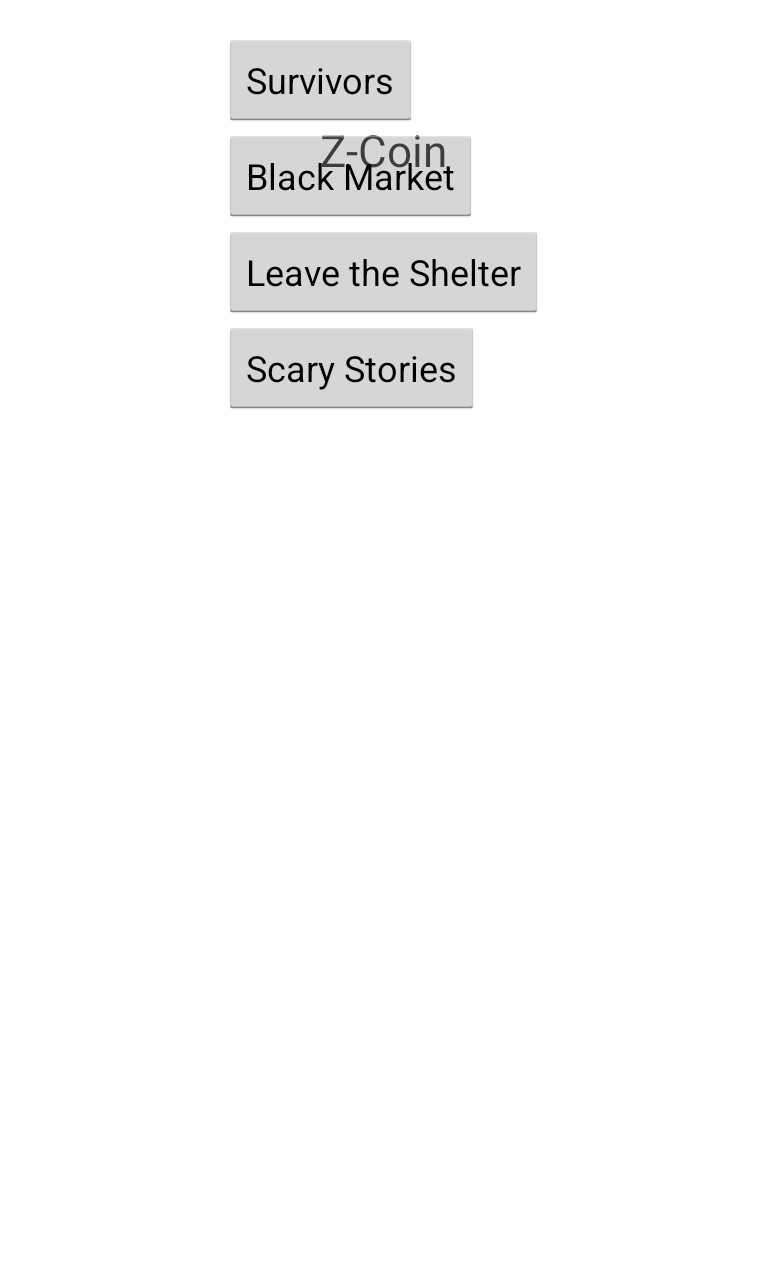
Repository: hekaiyue/Zombie-Coin
Layout: Android Workspace/ZCoins/res/layout/activity_main.xml
The author's editor kept a copy of each file at every save. The layout is drawn from the files as they stood at one save, then again after the next save.
It is drawn on a 768 x 1280 px phone screen (xhdpi) without system bars, with theme AppTheme; the app's code is not run.

Above is the layout before, as saved 2014-02-01 13:06:59.

After the next save:
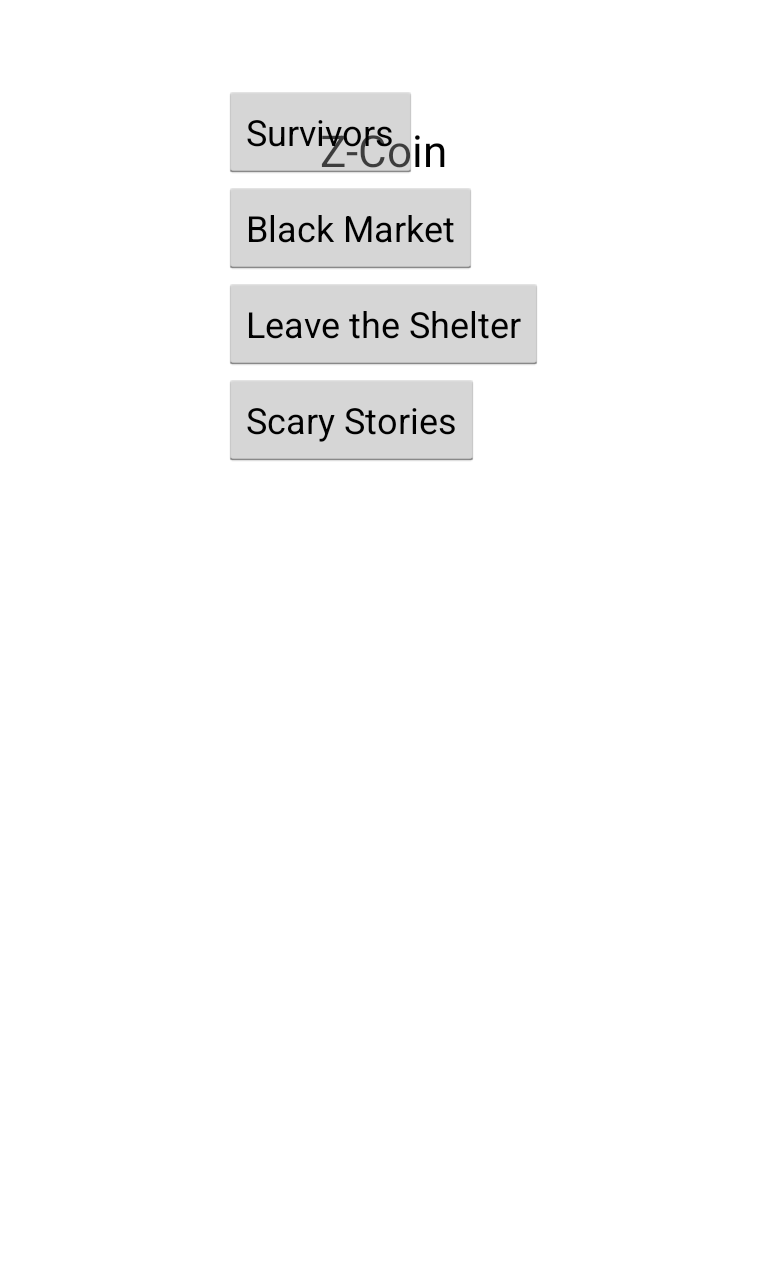
Saved 22 s later.
--- a/Android Workspace/ZCoins/res/layout/activity_main.xml
+++ b/Android Workspace/ZCoins/res/layout/activity_main.xml
@@ -23,6 +23,7 @@
         android:layout_height="wrap_content"
         android:layout_centerHorizontal="true"
         android:layout_marginBottom="17dp"
+        android:layout_marginTop="26dp"
         android:orientation="vertical" >
 
         <Button

After the save that followed:
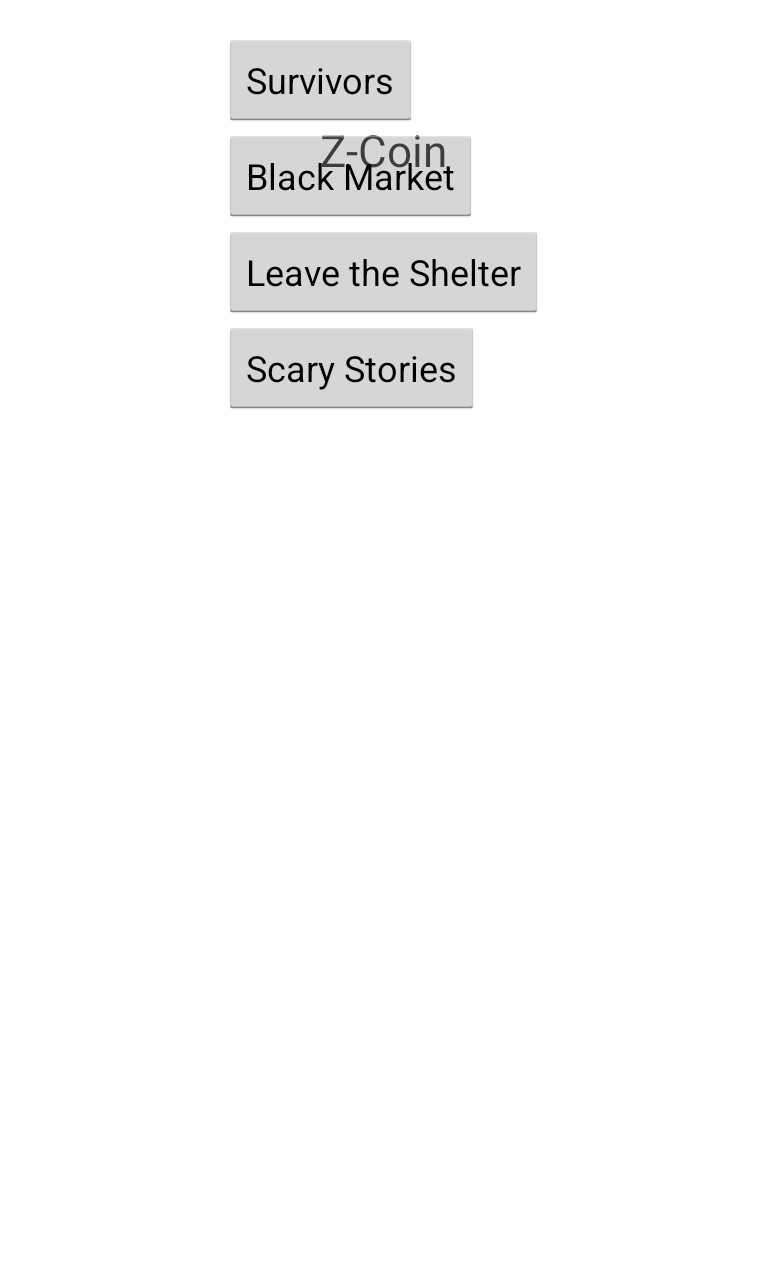
Saved 10 s later.
--- a/Android Workspace/ZCoins/res/layout/activity_main.xml
+++ b/Android Workspace/ZCoins/res/layout/activity_main.xml
@@ -23,7 +23,6 @@
         android:layout_height="wrap_content"
         android:layout_centerHorizontal="true"
         android:layout_marginBottom="17dp"
-        android:layout_marginTop="26dp"
         android:orientation="vertical" >
 
         <Button
